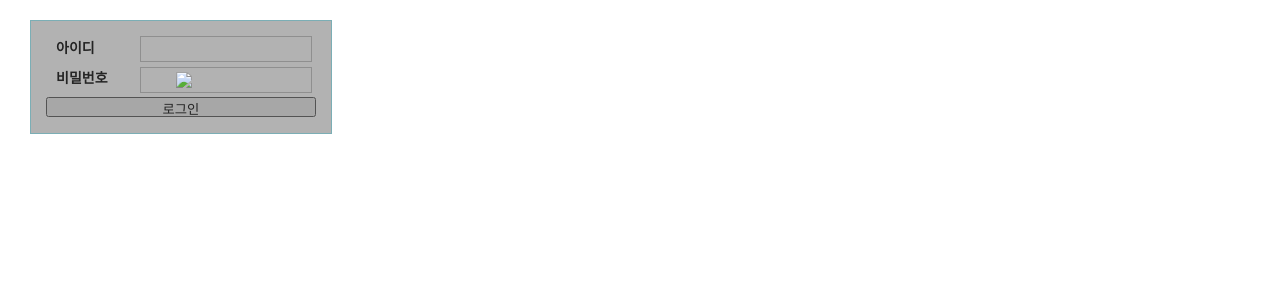
Repository: Choiinhwan11/JAVA
Page: Web/workspace/AJax_jQuery/src/main/webapp/02_xml/exam04.html
These files come from the project's save history. The page is drawn as it stood at one moment and after the next save; the edit follows.
The browser window is 1280 px wide. The pictures show the whole page.

Above is the page before, as saved 2024-02-16 07:59:24.
Not found: Web/workspace/AJax_jQuery/src/main/webapp/img/loader.gif

After the next save:
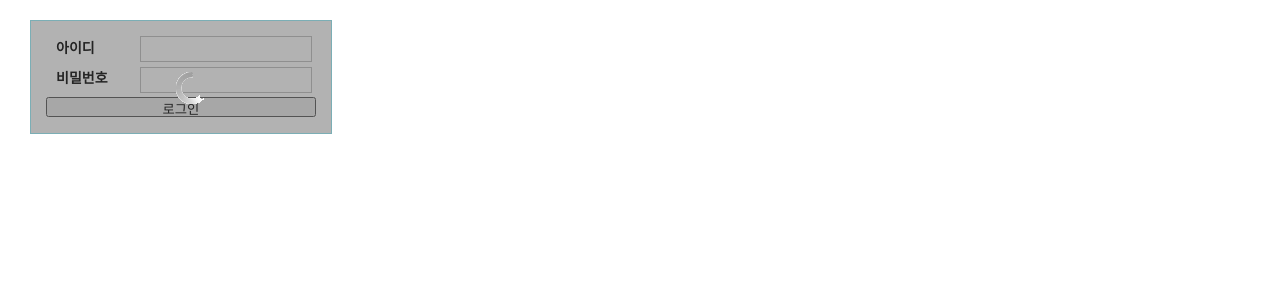
Saved 47 s later.
--- a/Web/workspace/AJax_jQuery/src/main/webapp/02_xml/exam04.html
+++ b/Web/workspace/AJax_jQuery/src/main/webapp/02_xml/exam04.html
@@ -93,7 +93,7 @@ body {
 				<input type="submit" value="로그인">
 			</div>
 			<div class="loader">
-				<img src="../img/loader.gif">
+				<img src="../image/loader.gif">
 			</div>
 		</fieldset>
 	</form>
